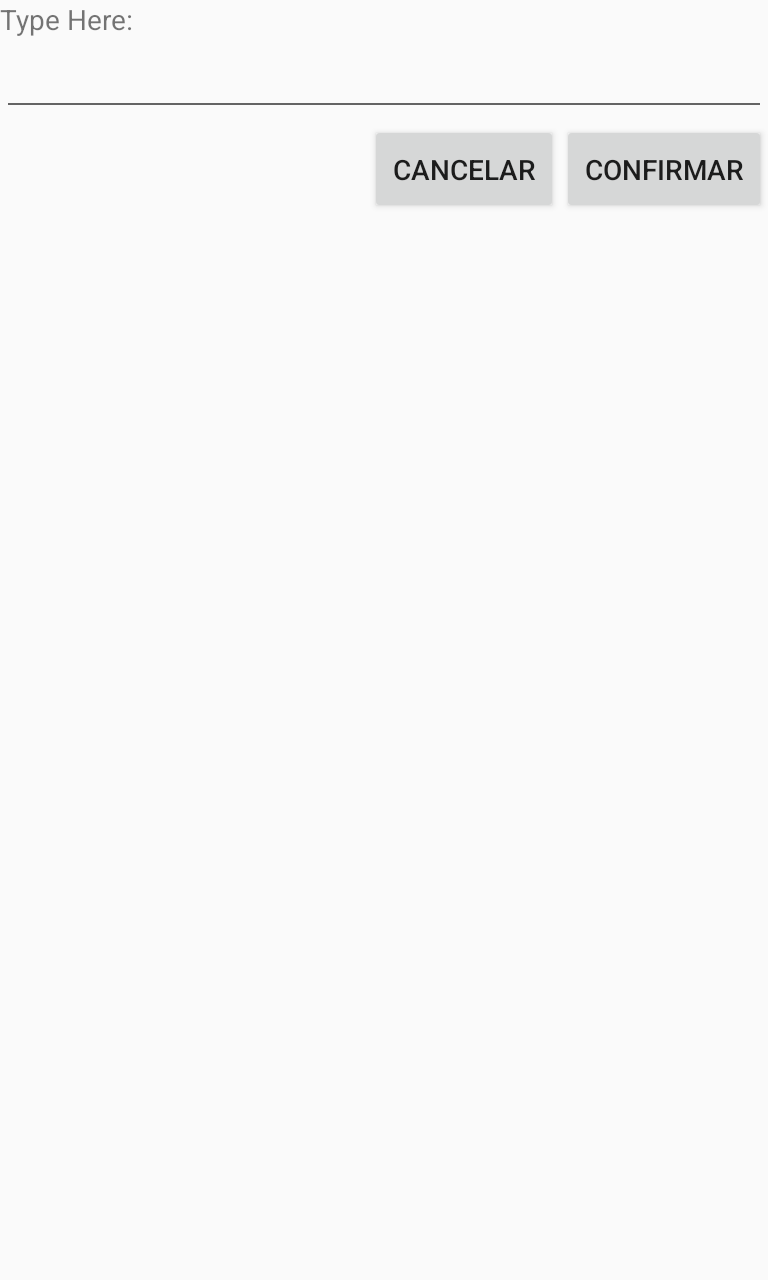
Repository: jromanz/android-projects
Layout: ListaAlumnos/res/layout/activity_relative_layout.xml
The author's editor kept a copy of each file at every save. The layout is drawn from the files as they stood at one save, then again after the next save.
It is drawn on a 768 x 1280 px phone screen (xhdpi) without system bars, with theme AppTheme; the app's code is not run.

Above is the layout before, as saved 2014-08-28 22:08:36.

### ListaAlumnos/res/layout/activity_relative_layout.xml
<RelativeLayout xmlns:android="http://schemas.android.com/apk/res/android"
    xmlns:tools="http://schemas.android.com/tools"
    android:layout_width="match_parent"
    android:layout_height="match_parent"
    tools:context="${relativePackage}.${activityClass}" >

    <TextView
        android:id="@+id/typeHere"
        android:layout_width="wrap_content"
        android:layout_height="wrap_content"
        android:text="@string/typeHere"
        />
	<EditText
	    android:id="@+id/txtRelative"
	    android:layout_below="@+id/typeHere"
	    android:layout_width="match_parent"
	    android:layout_height="wrap_content"
	    android:inputType="text"
	    />
	<Button
	    android:id="@+id/btnRelConfirmar"
	    android:layout_below="@+id/txtRelative"
	    android:layout_alignParentRight="true"
	    android:layout_width="wrap_content"
	    android:layout_height="wrap_content"
	    android:text="@string/relConfirmar"
	    />
	<Button
	    android:id="@+id/btnRelCancelar"
	    android:layout_below="@+id/txtRelative"
	    android:layout_toLeftOf="@+id/btnRelConfirmar"
	    android:layout_width="wrap_content"
	    android:layout_height="wrap_content"
	    android:text="@string/relCancelar"
	    />

</RelativeLayout>

### ListaAlumnos/res/values/strings.xml
<?xml version="1.0" encoding="utf-8"?>
<resources>

    <string name="app_name">ListaAlumnos</string>
    <string name="hello_world">Hello world!</string>
    <string name="action_settings">Settings</string>
    <string name="title_activity_formulario">Registro Alumnos</string>
    <string name="explica">Tu amigo explica!</string>
    <string name="btnConfirmar">Confirmar</string>
    <string name="btnRetornar">Retornar</string>
    <string name="ir">Ir Registro</string>
    <string name="title_activity_linear_layout">LinearLayoutActivity</string>
    <string name="linearLayout">Linear Layout</string>
    <string name="btn1Linear">Boton 1</string>
    <string name="btn2Linear">Boton 2</string>
    <string name="btn3Linear">Boton 3</string>
    <string name="btnRetornarLinear">Retornar</string>
    <string name="title_activity_table_layout">TableLayoutActivity</string>
    <string name="tableLayout">TableLayoutActivity</string>
    <string name="btnRetornarTable">Retornar</string>
    <string name="title_activity_relative_layout">RelativeLayoutActivity</string>
    <string name="typeHere">Type Here:</string>
    <string name="relativeLayout">Relative Layout</string>
	<string name="relConfirmar">Confirmar</string>
	<string name="relCancelar">Cancelar</string>
</resources>

Loaded but not shown: ListaAlumnos/res/values/styles.xml (common file); ListaAlumnos/res/values-v11/styles.xml (common file); ListaAlumnos/res/values-v14/styles.xml (common file)

After the next save:
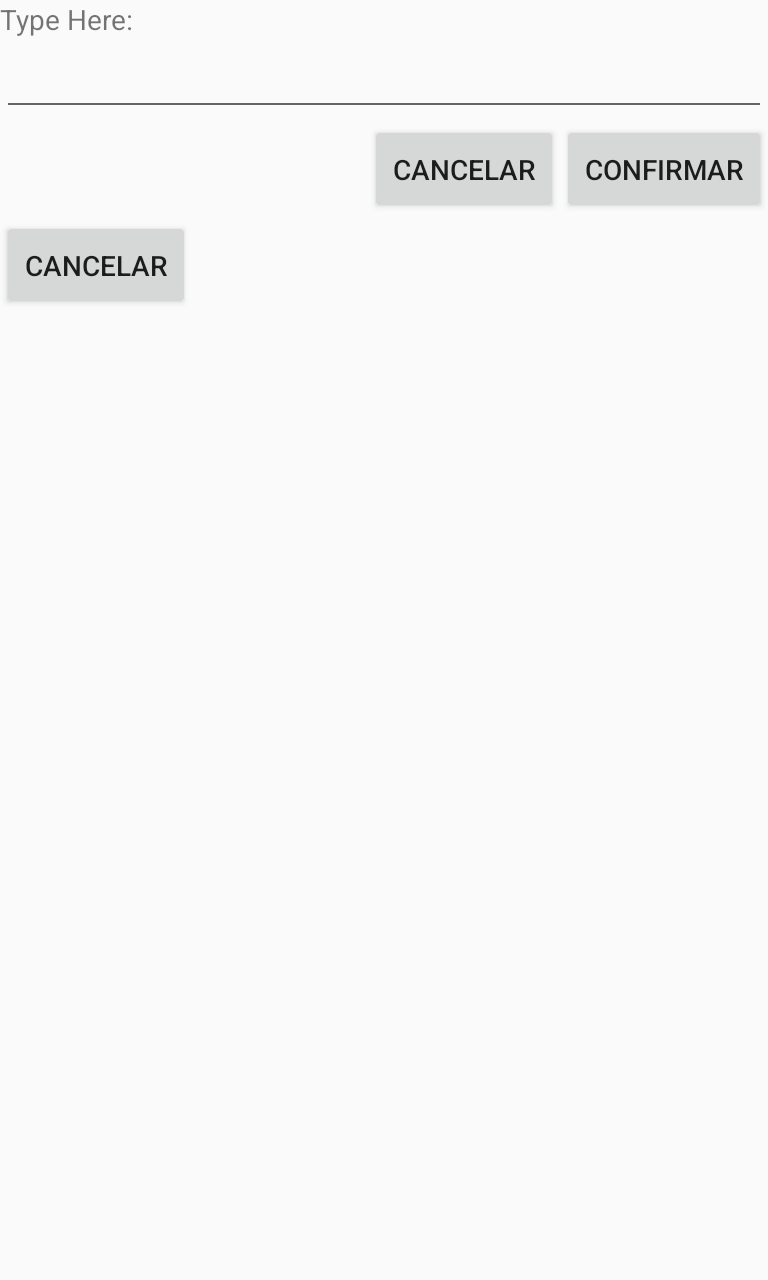
Saved 12 min 12 s later.
--- a/ListaAlumnos/res/layout/activity_relative_layout.xml
+++ b/ListaAlumnos/res/layout/activity_relative_layout.xml
@@ -34,4 +34,11 @@
 	    android:text="@string/relCancelar"
 	    />
 
+		<Button
+	    android:id="@+id/btnRelRetornar"
+	    android:layout_below="@+id/btnRelCancelar"
+	    android:layout_width="wrap_content"
+	    android:layout_height="wrap_content"
+	    android:text="@string/relCancelar"
+	    />
 </RelativeLayout>
